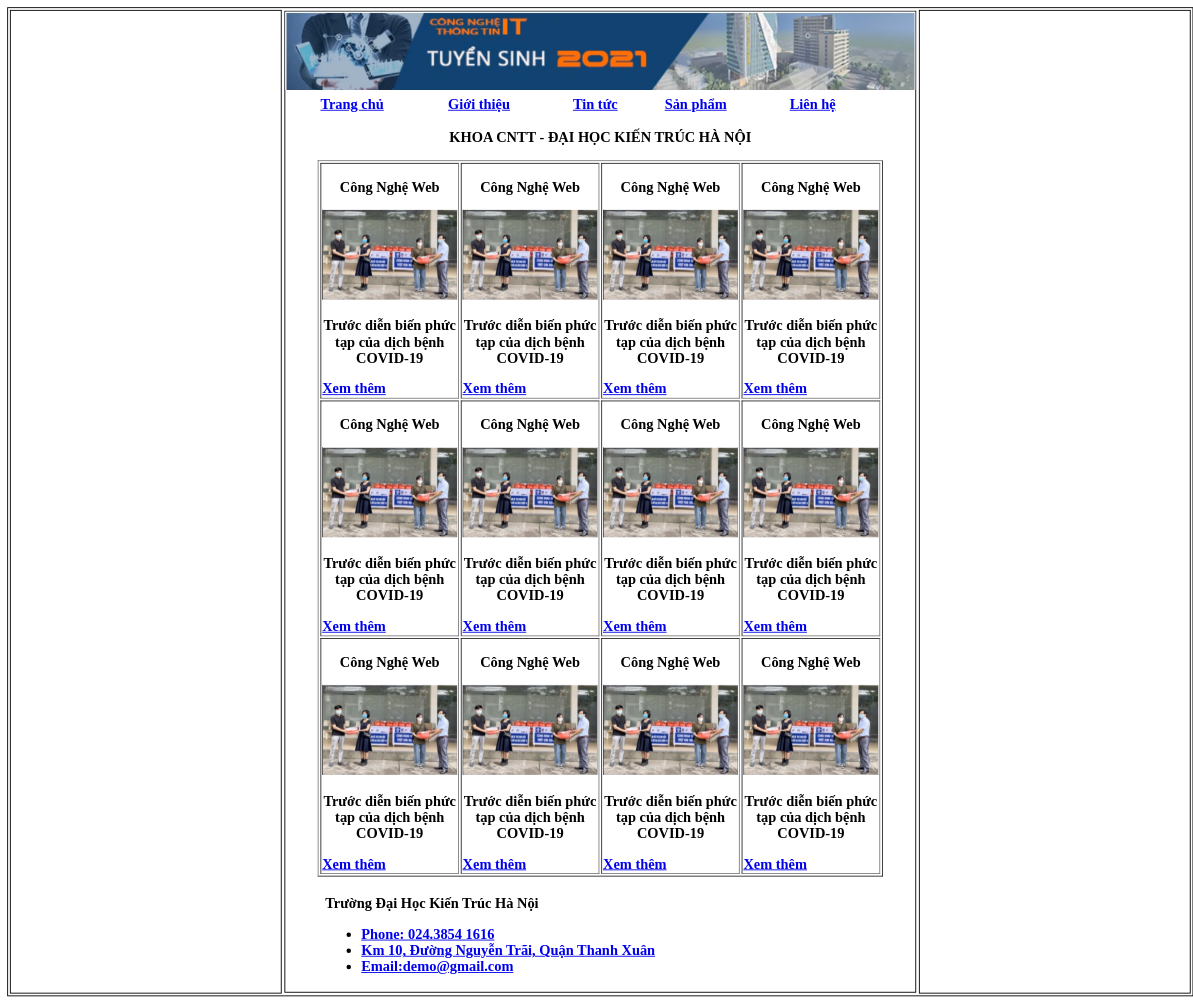
Repository: longtn213/Frond_end_HTML-CSS
Page: Front-End/Demohtml/baitapbuoi2.html
These files come from the project's save history. The page is drawn as it stood at one moment and after the next save; the edit follows.
The browser window is 1280 px wide. The page is 1326 px wide, then 1280 px, so the pictures cover 1326 px, including what lies to the right of the window. The pictures show the whole page, at 90% of full size.

Above is the page before, as saved 2021-09-09 14:59:44.

### Front-End/Demohtml/baitapbuoi2.html
<!DOCTYPE html>
<html>

<head>
	<meta charset="utf-8">
	<title>Bai tap</title>
	<style type="text/css">
		bdy {
			width: 30%;
			margin: 0 auto;
		}
	</style>
</head>

<body>
	<table style="width: 100%; border:1px solid black;">
		<tr>
			<th style="border: 1px solid #000; padding:150px;"></th>
			<th>
				<center style="border: 1px solid #000;">
					<img class="anhtop" width="700px" src="./img/slider.png"">

					<br>
					<center >
						<table width=" 628px">
					<tr>
						<td>
							<a href="#">Trang chủ</a>
						</td>
						<td>
							<a href="#">Giới thiệu</a>
						</td>
						<td>
							<a href="#">Tin tức</a>
						</td>
						<td>
							<a href="#">Sản phẩm</a>
						</td>
						<td>
							<a href="#">Liên hệ</a>
						</td>
					</tr>
					</table>
					</center>



					<center>
					<p>
						<b>
							KHOA CNTT - ĐẠI HỌC KIẾN TRÚC HÀ NỘI
						</b>
					</p>
					<table width="100px" border="1">
						<tr>
							<td>
								<center>
									<p>
										<b>Công Nghệ Web</b>
									</p>
									<img src="/img/img1.png" width="150px" height="100px"><br>
									<p>
										Trước diễn biến phức tạp của dịch bệnh COVID-19
									</p>
								</center>
								<a href="#">Xem thêm</a>
							</td>
							<td>
								<center>
									<p>
										<b>Công Nghệ Web</b>
									</p>
									<img src="/img/img1.png" width="150px" height="100px"><br>
									<p>
										Trước diễn biến phức tạp của dịch bệnh COVID-19
									</p>
								</center>
								<a href="#">Xem thêm</a>
							</td>
							<td>
								<center>
									<p>
										<b>Công Nghệ Web</b>
									</p>
									<img src="/img/img1.png" width="150px" height="100px"><br>
									<p>
										Trước diễn biến phức tạp của dịch bệnh COVID-19
									</p>
								</center>
								<a href="#">Xem thêm</a>
							</td>
							<td>
								<center>
									<p>
										<b>Công Nghệ Web</b>
									</p>
									<img src="/img/img1.png" width="150px" height="100px"><br>
									<p>
										Trước diễn biến phức tạp của dịch bệnh COVID-19
									</p>
								</center>
								<a href="#">Xem thêm</a>
							</td>
						</tr>
						<tr>
							<td>
								<center>
									<p>
										<b>Công Nghệ Web</b>
									</p>
									<img src="/img/img1.png" width="150px" height="100px"><br>
									<p>
										Trước diễn biến phức tạp của dịch bệnh COVID-19
									</p>
								</center>
								<a href="#">Xem thêm</a>
							</td>
							<td>
								<center>
									<p>
										<b>Công Nghệ Web</b>
									</p>
									<img src="/img/img1.png" width="150px" height="100px"><br>
									<p>
										Trước diễn biến phức tạp của dịch bệnh COVID-19
									</p>
								</center>
								<a href="#">Xem thêm</a>
							</td>
							<td>
								<center>
									<p>
										<b>Công Nghệ Web</b>
									</p>
									<img src="/img/img1.png" width="150px" height="100px"><br>
									<p>
										Trước diễn biến phức tạp của dịch bệnh COVID-19
									</p>
								</center>
								<a href="#">Xem thêm</a>
							</td>
							<td>
								<center>
									<p>
										<b>Công Nghệ Web</b>
									</p>
									<img src="/img/img1.png" width="150px" height="100px"><br>
									<p>
										Trước diễn biến phức tạp của dịch bệnh COVID-19
									</p>
								</center>
								<a href="#">Xem thêm</a>
							</td>
						</tr>
						<tr>
							<td>
								<center>
									<p>
										<b>Công Nghệ Web</b>
									</p>
									<img src="/img/img1.png" width="150px" height="100px"><br>
									<p>
										Trước diễn biến phức tạp của dịch bệnh COVID-19
									</p>
								</center>
								<a href="#">Xem thêm</a>
							</td>
							<td>
								<center>
									<p>
										<b>Công Nghệ Web</b>
									</p>
									<img src="/img/img1.png" width="150px" height="100px"><br>
									<p>
										Trước diễn biến phức tạp của dịch bệnh COVID-19
									</p>
								</center>
								<a href="#">Xem thêm</a>
							</td>
							<td>
								<center>
									<p>
										<b>Công Nghệ Web</b>
									</p>
									<img src="/img/img1.png" width="150px" height="100px"><br>
									<p>
										Trước diễn biến phức tạp của dịch bệnh COVID-19
									</p>
								</center>
								<a href="#">Xem thêm</a>
							</td>
							<td>
								<center>
									<p>
										<b>Công Nghệ Web</b>
									</p>
									<img src="/img/img1.png" width="150px" height="100px"><br>
									<p>
										Trước diễn biến phức tạp của dịch bệnh COVID-19
									</p>
								</center>
								<a href="#">Xem thêm</a>
							</td>
						</tr>
					</table>
					<br>
					<table width="628px">
						<tr>
							<td colspan="3">
							</td>
							<td colspan="2">
								<b>Trường Đại Học Kiến Trúc Hà Nội</b>
								<ul>
									<li>
										<a href="#">Phone: 024.3854 1616</a>
									</li>
									<li>
										<a href="#">Km 10, Đường Nguyễn Trãi, Quận Thanh Xuân</a>
									</li>
									<li>
										<a href="#">Email:demo@gmail.com</a>
									</li>
								</ul>
							</td>
						</tr>
					</table>
					</center>
				</center>
			</th>
			<th style="border: 1px solid #000; padding:150px;"></th>
		</tr>
	</table>






</body>

</html>

After the next save:
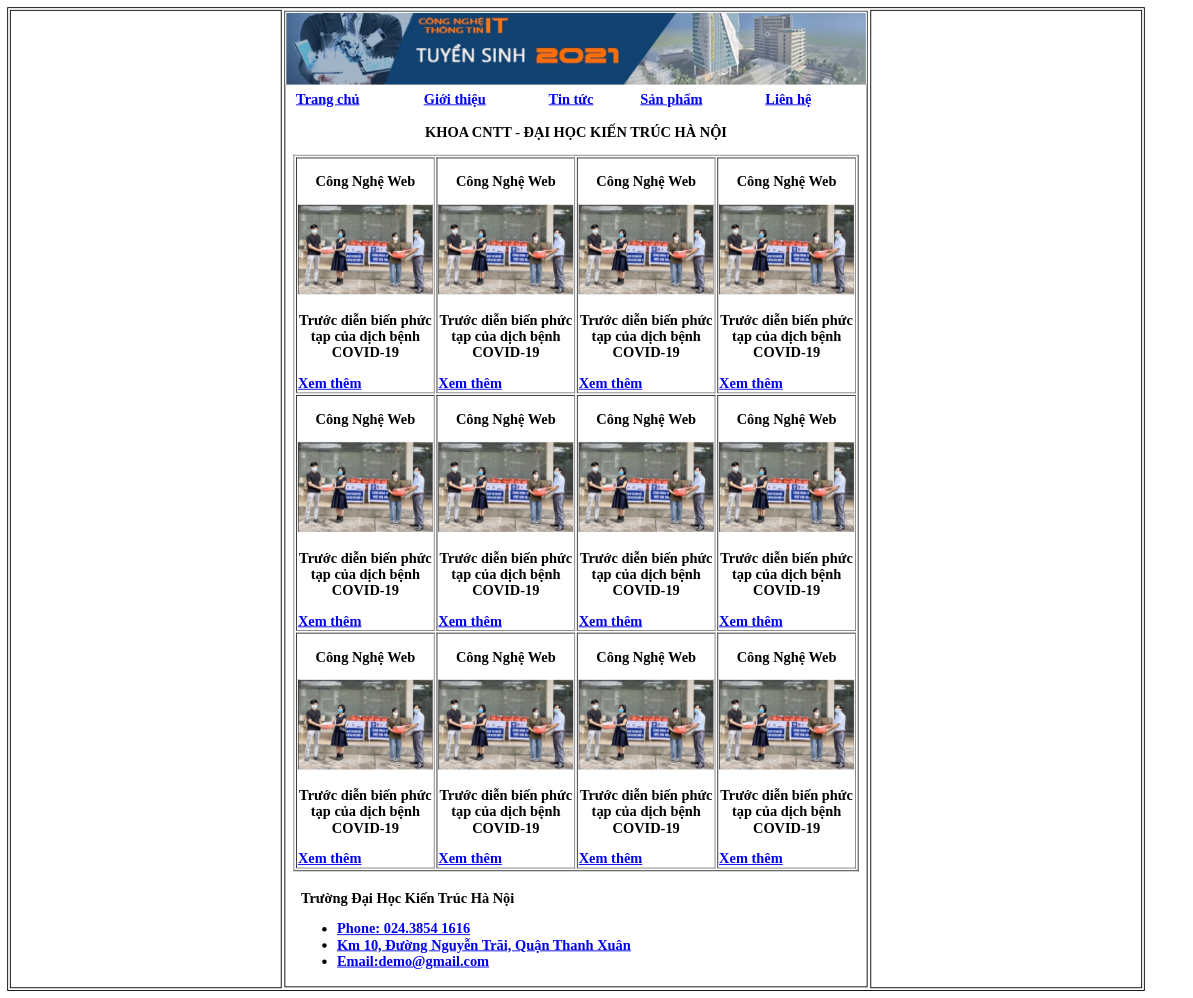
Saved 91 s later.
--- a/Front-End/Demohtml/baitapbuoi2.html
+++ b/Front-End/Demohtml/baitapbuoi2.html
@@ -18,7 +18,7 @@
 			<th style="border: 1px solid #000; padding:150px;"></th>
 			<th>
 				<center style="border: 1px solid #000;">
-					<img class="anhtop" width="700px" src="./img/slider.png"">
+					<img class="anhtop" width="100%" src="./img/slider.png"">
 
 					<br>
 					<center >
